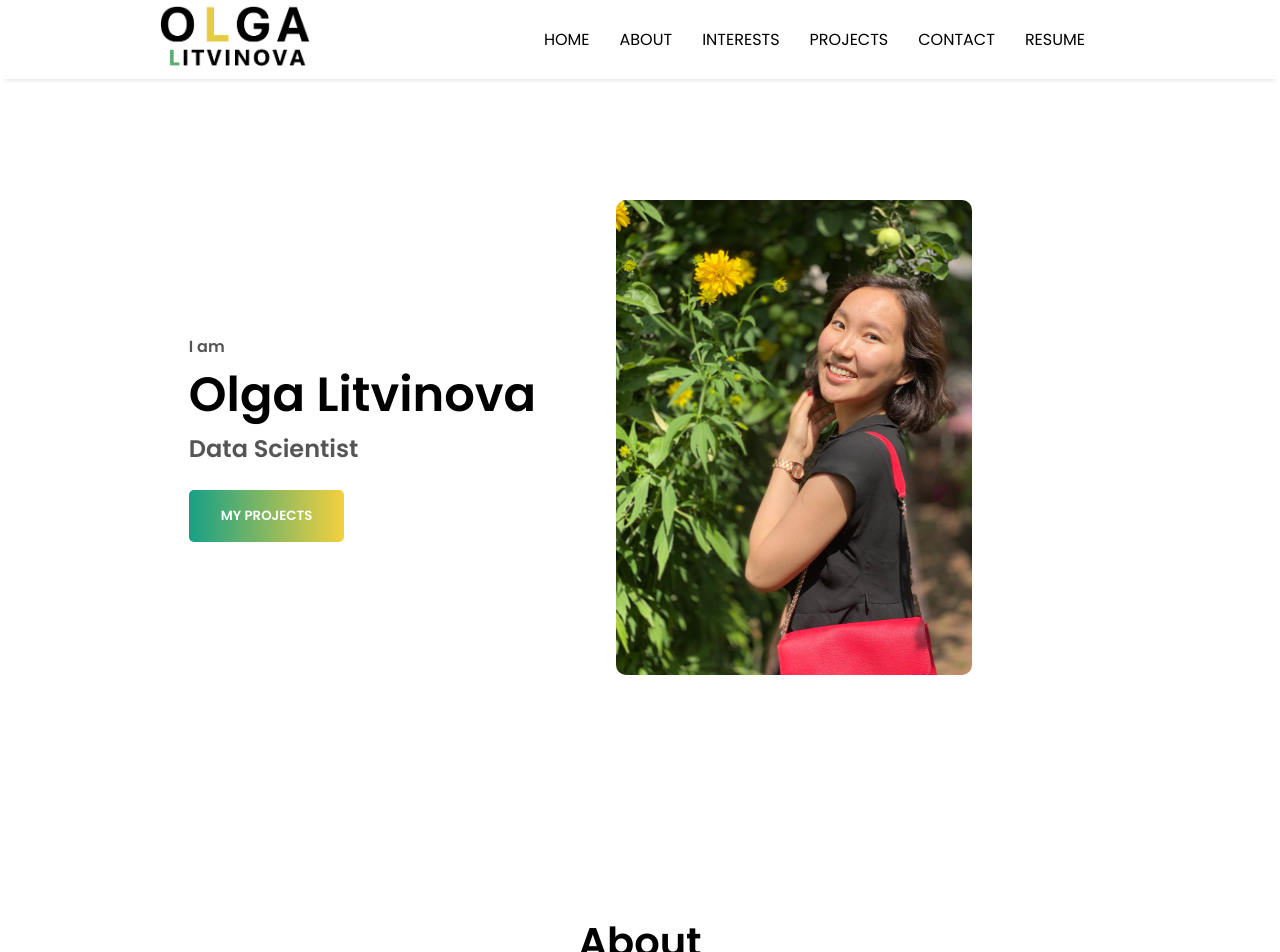
Repository: OlgaKuzminichna/CV
Page: index.html
The author's editor kept a copy of each file at every save. The page is drawn from the files as they stood at one save, then again after the next save.
The browser window is 1280 px wide. The pictures show the part of the page from y = 0 to 952 px (the page is 4176 px tall).
A picture or video elsewhere on the page could not be fetched, so the positions and the page height are approximate.

Above is the page before, as saved 2024-11-24 21:20:36.

After the next save:
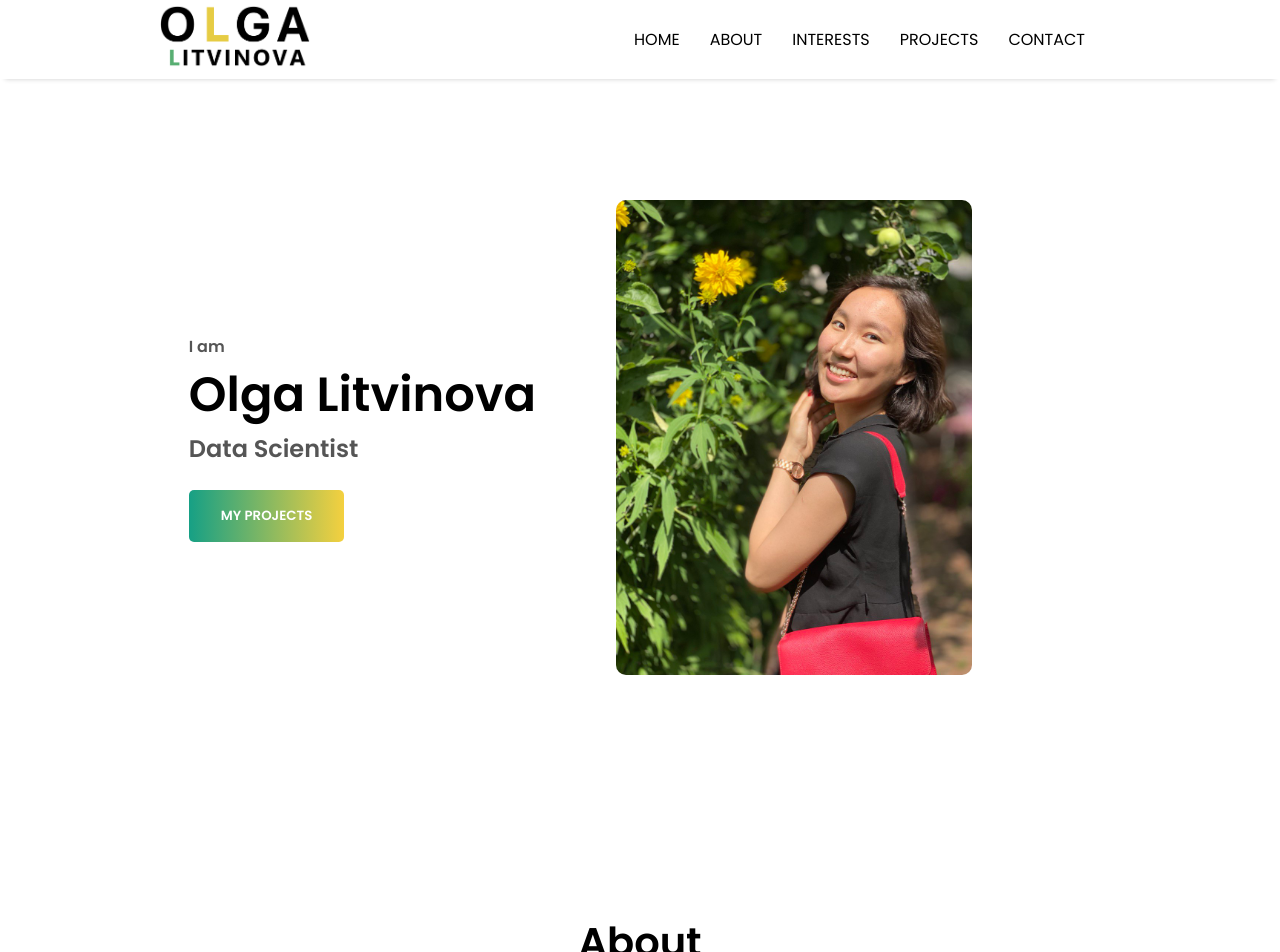
Saved 5 s later.
--- a/index.html
+++ b/index.html
@@ -21,7 +21,7 @@
                     <li><a href="#skills">INTERESTS</a></li>
                     <li><a href="#projects">PROJECTS</a></li>
                     <li><a href="#contact">CONTACT</a></li>
-                    <li><a href="#resume">RESUME</a></li>
+                    <!-- <li><a href="#resume">RESUME</a></li> -->
                 </ul>
             </div>
         </nav>
